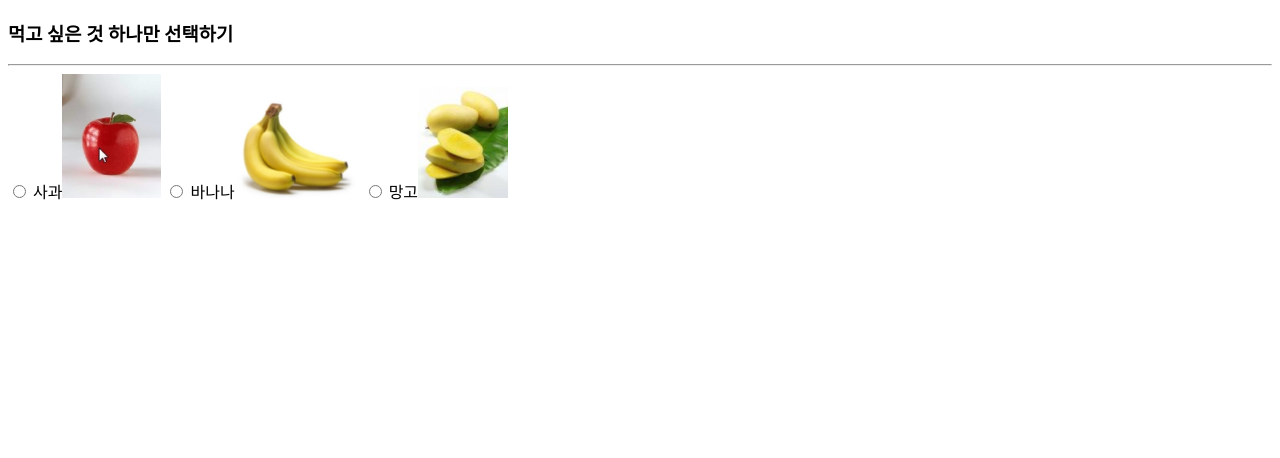
Repository: nijooymik/smartfactory
Page: jsp/t0718/src/main/webapp/html/form4.html
The author's editor kept a copy of each file at every save. The page is drawn from the files as they stood at one save, then again after the next save.
The browser window is 1280 px wide. The pictures show the whole page.

Above is the page before, as saved 2022-07-18 07:48:32.

After the next save:
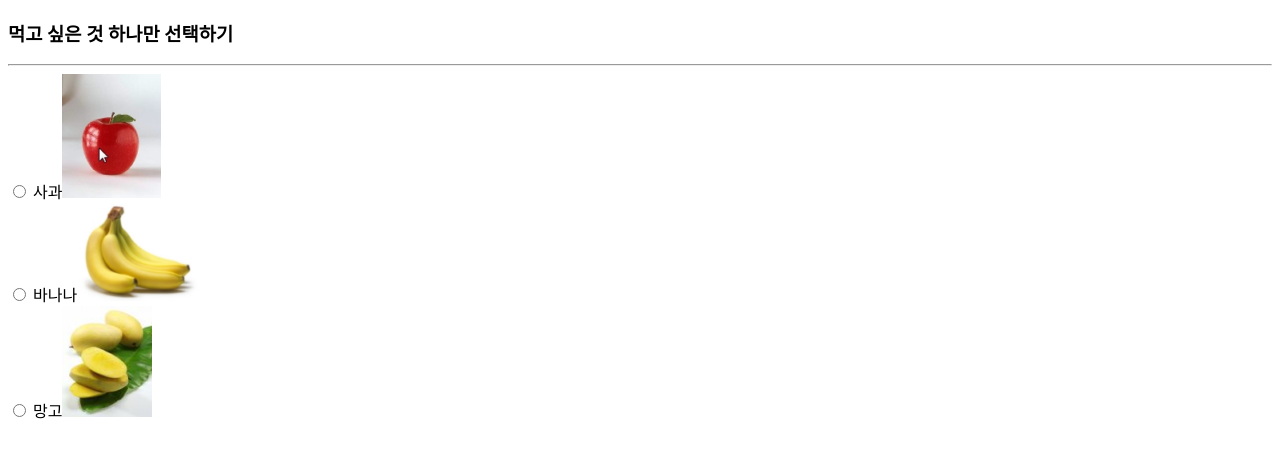
Saved 99 s later.
--- a/jsp/t0718/src/main/webapp/html/form4.html
+++ b/jsp/t0718/src/main/webapp/html/form4.html
@@ -12,11 +12,11 @@
 		<label>
 			<input type="radio" name="fruits" value="1">
 			사과<img src="apple.png">
-		</label>
+		</label><br>
 		<label>
 			<input type="radio" name="fruits" value="2">
 			바나나<img src="banana.png">
-		</label>
+		</label><br>
 		<label>
 			<input type="radio" name="fruits" value="3">
 			망고<img src="mango.png">
